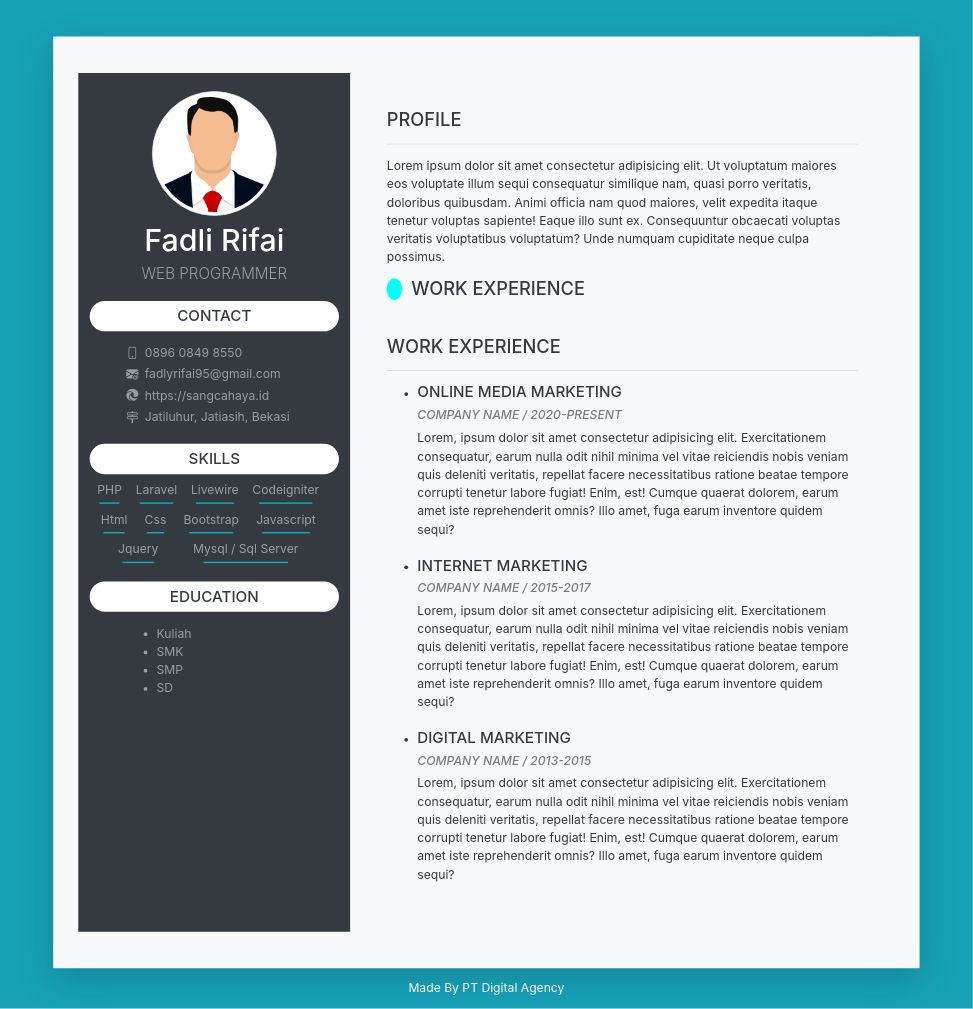
Repository: fadlyyy/fadlyyy.github.io
Page: index.html
The author's editor kept a copy of each file at every save. The page is drawn from the files as they stood at one save, then again after the next save.
The browser window is 1280 px wide. The pictures show the whole page, at 76% of full size.

Above is the page before, as saved 2024-01-31 08:01:12.

After the next save:
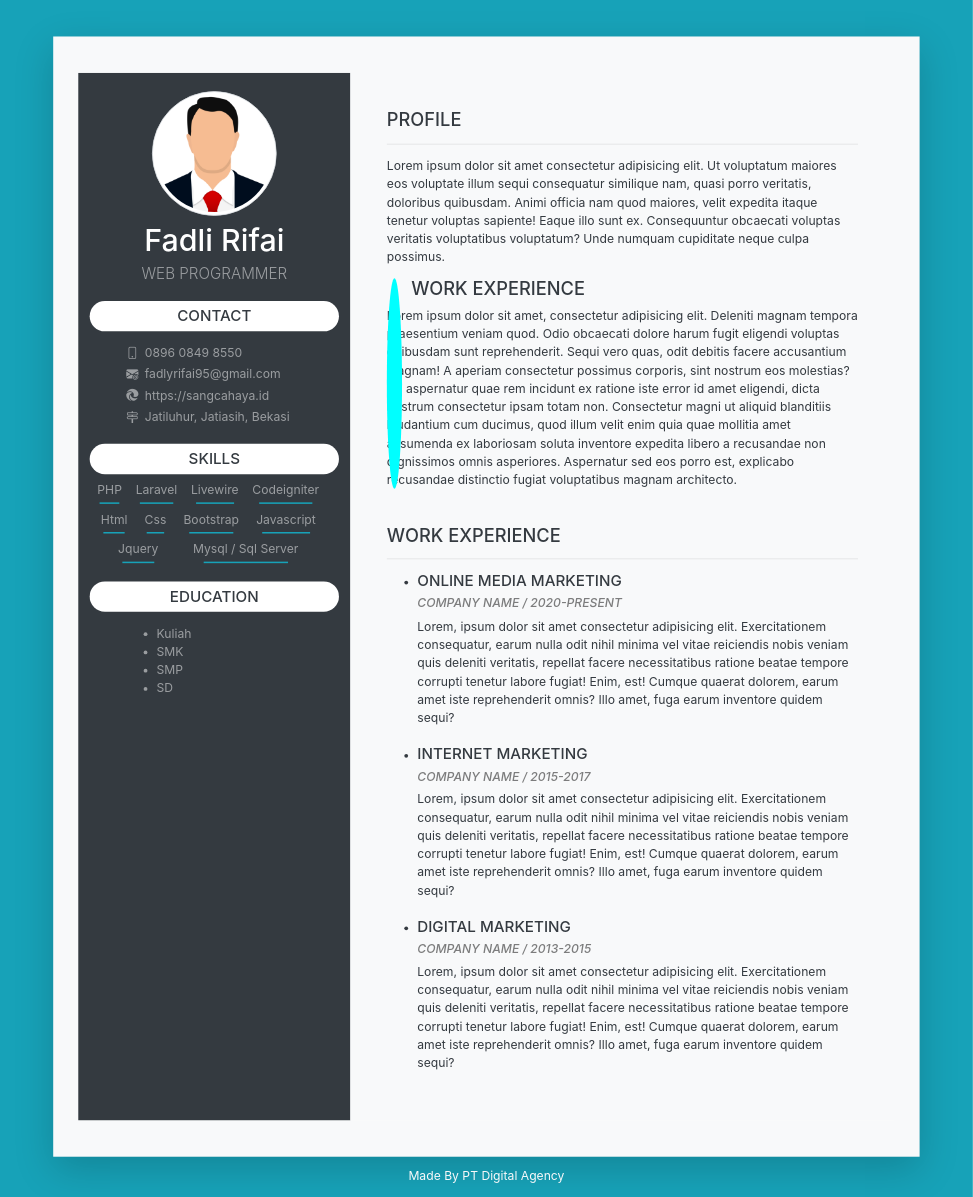
Saved 11 s later.
--- a/index.html
+++ b/index.html
@@ -100,6 +100,7 @@
 
                     <div class="work-experience">
                          <h4 class="text-uppercase">work experience</h4>
+                         <p>Lorem ipsum dolor sit amet, consectetur adipisicing elit. Deleniti magnam tempora praesentium veniam quod. Odio obcaecati dolore harum fugit eligendi voluptas quibusdam sunt reprehenderit. Sequi vero quas, odit debitis facere accusantium magnam! A aperiam consectetur possimus corporis, sint nostrum eos molestias? At, aspernatur quae rem incidunt ex ratione iste error id amet eligendi, dicta nostrum consectetur ipsam totam non. Consectetur magni ut aliquid blanditiis laudantium cum ducimus, quod illum velit enim quia quae mollitia amet assumenda ex laboriosam soluta inventore expedita libero a recusandae non dignissimos omnis asperiores. Aspernatur sed eos porro est, explicabo recusandae distinctio fugiat voluptatibus magnam architecto.</p>
                     </div>
 
                     <div class="mt-5">
